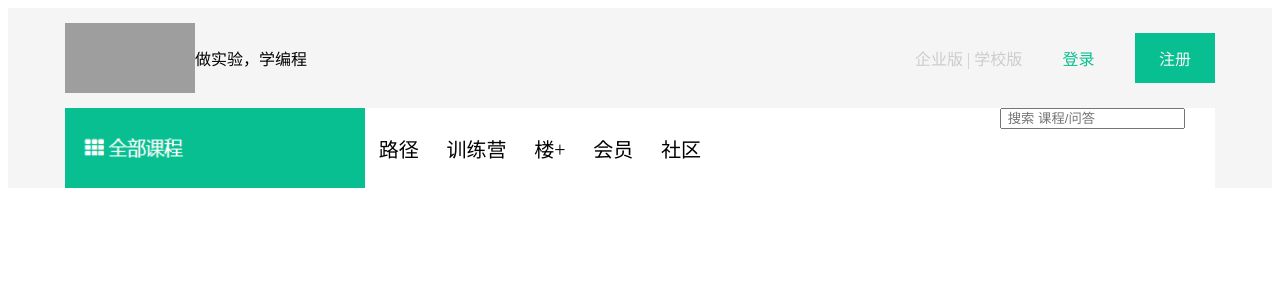
Repository: wuguozheng/xxbb
Page: /
These files come from the project's save history. The page is drawn as it stood at one moment and after the next save; the edit follows.
The browser window is 1280 px wide. The pictures show the whole page.
Pictures or frames that could not be fetched are drawn as grey boxes. The project was rebuilt for these pictures with package versions that can differ from the ones it lists, and the page was loaded fresh each time.

Above is the page before, as saved 2020-06-01 14:12:42.

After the next save:
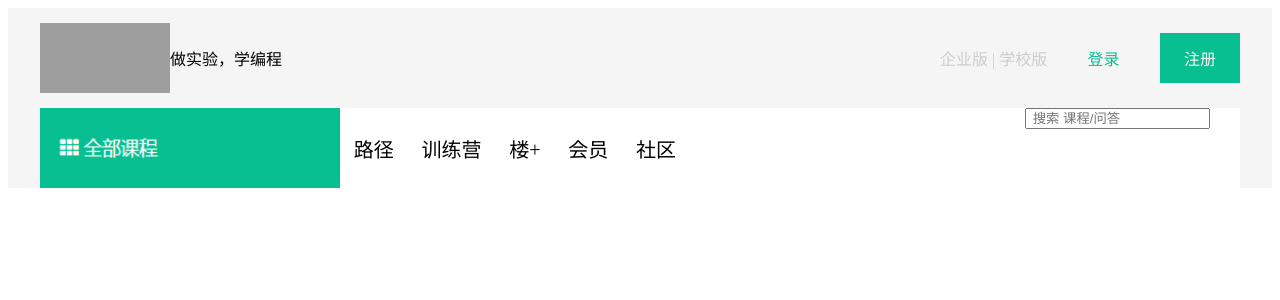
Saved 47 s later.
--- a/src/components/home/Mxs1.vue
+++ b/src/components/home/Mxs1.vue
@@ -61,7 +61,7 @@ export default {
   flex-direction: column;
 }
 .rap-1 {
-  width: 1150px;
+  width: 1200px;
   height: 100px;
   background: transparent;
   position: relative;
@@ -113,7 +113,7 @@ export default {
   }
 }
 .run {
-  width: 1150px;
+  width: 1200px;
   height: 80px;
   background: white;
   display: flex;
